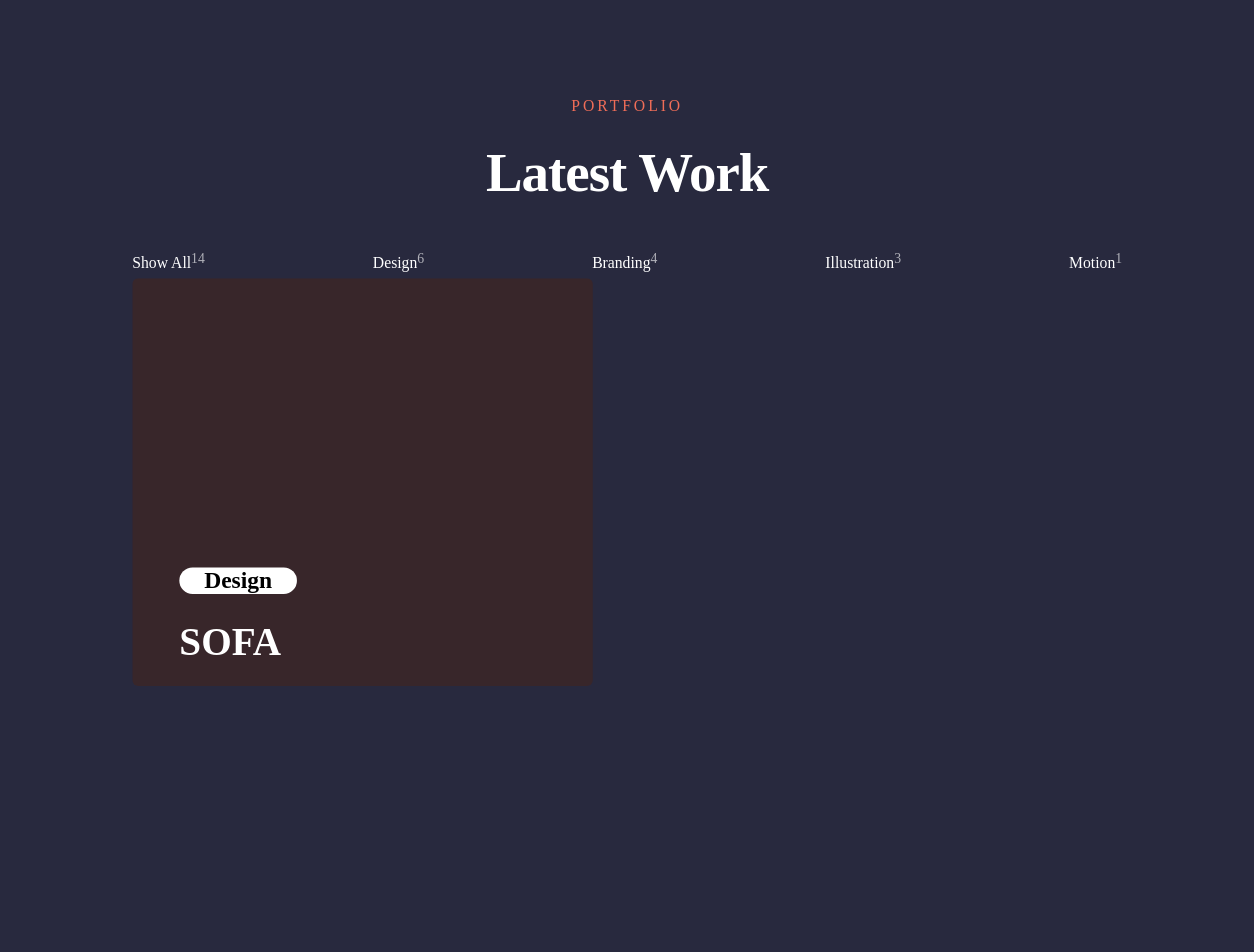
Repository: kubrazamanova/Position-3
Page: index.html
An editor plug-in stored every save of this project. The page is shown before and after a run of saves, followed by the edit.
The browser window is 1280 px wide. The pictures show the whole page, at 98% of full size.

Above is the page before, as saved 2023-10-21 11:01:58.

After the next 3 saves:
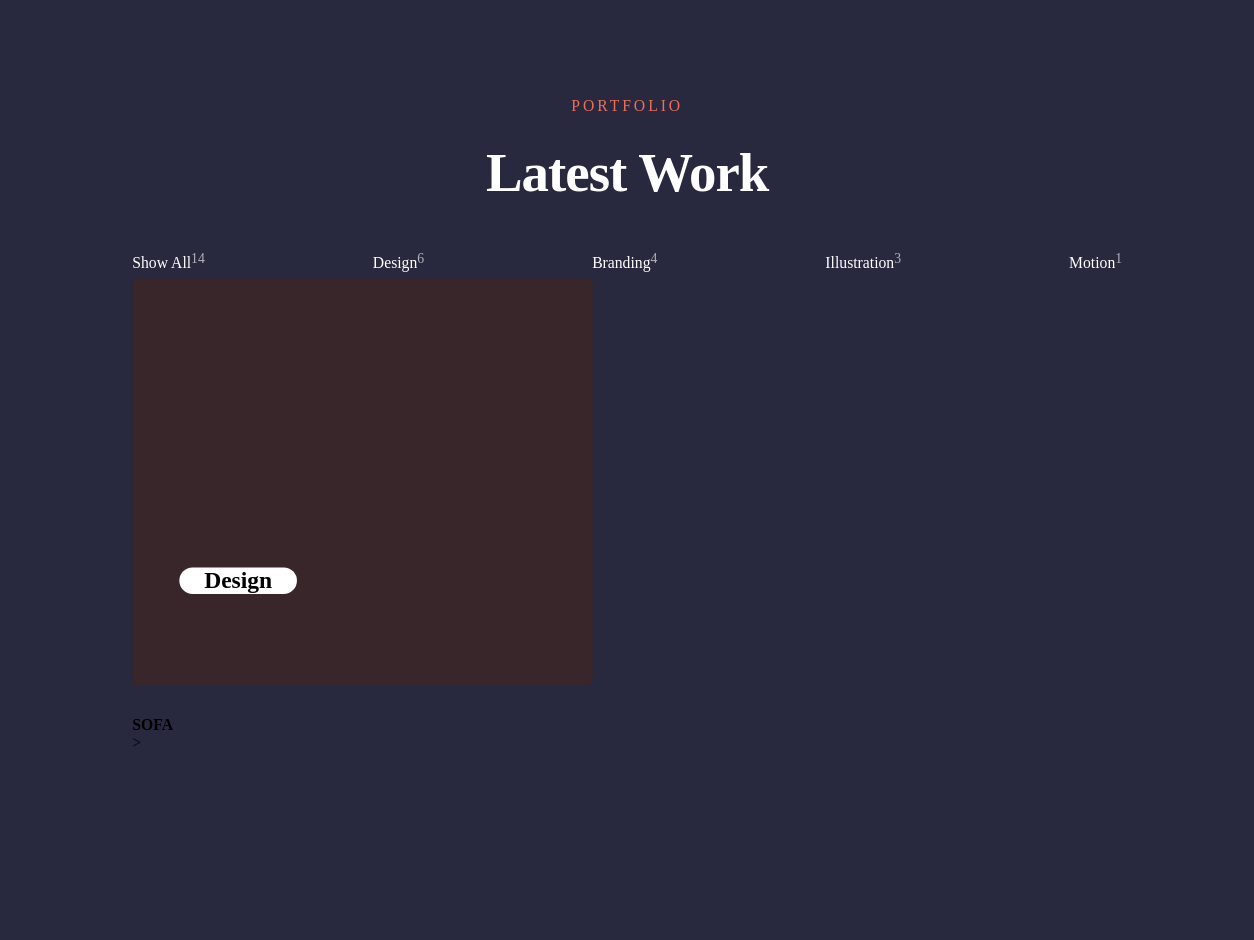
The 3 saves are shown as one change because they came seconds apart.
The last was saved 27 s later.
--- a/index.html
+++ b/index.html
@@ -45,11 +45,10 @@
       <div class="box">
         <img src="./image/01.svg" alt="" />
         <h2 class="design">Design</h2>
+        <b>SOFA</b>
       </div>
 
-      <div class="red-01">
-        <b>SOFA</b>
-      </div>
+>
 <!--
       <div class="bej-square">
         <img src="./image/02.svg" alt="" />
